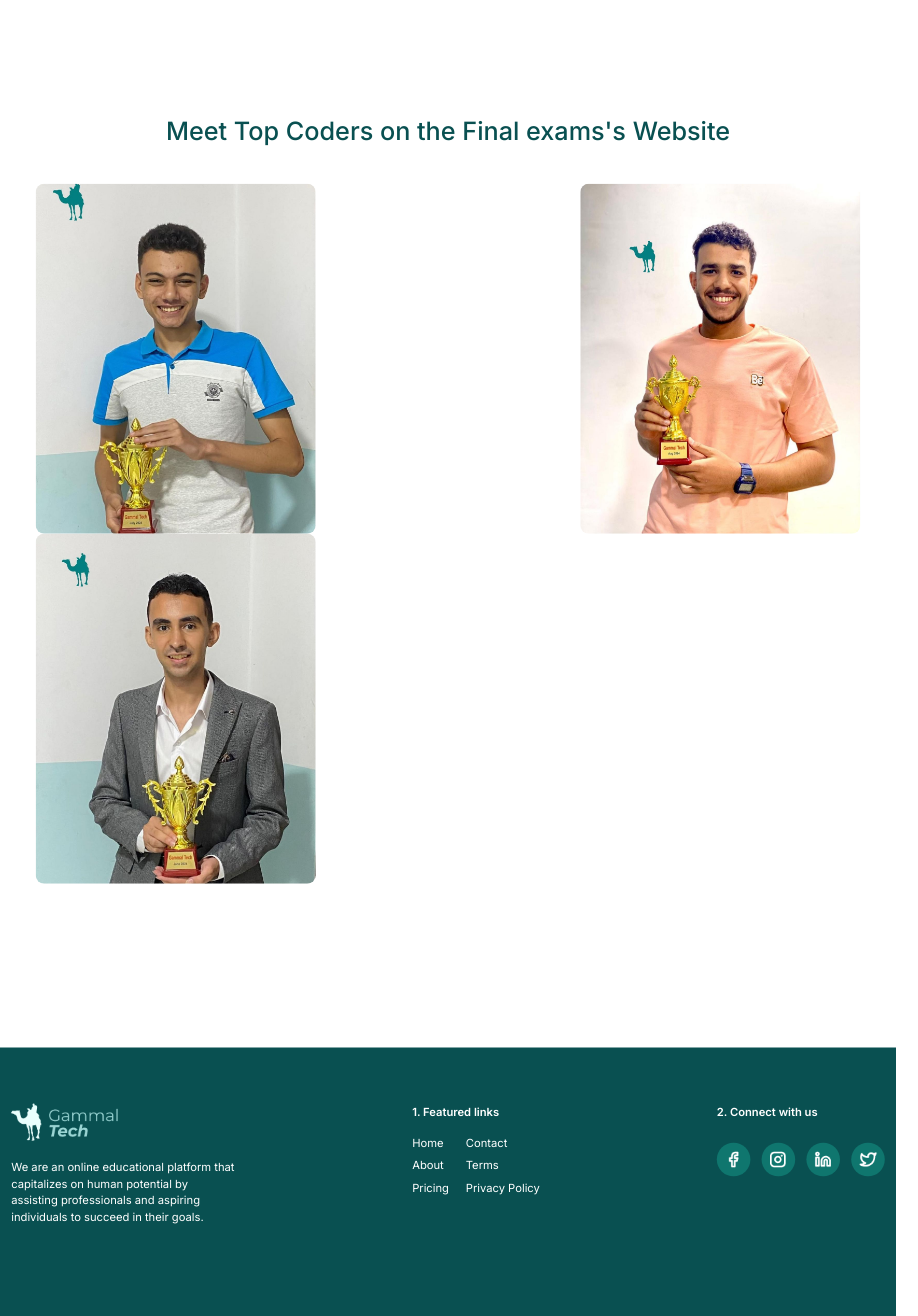
Repository: Ahmed77669/Internship-test
Page: /
These files come from the project's save history. The page is drawn as it stood at one moment and after a run of saves; the edit follows.
The browser window is 1280 px wide. The page is 1311 px wide, so the pictures cover 1311 px, including what lies to the right of the window. The pictures show the part of the page from y = 3619 to 5499 px (the page is 5499 px tall before and 4874 px after), at 70% of full size.
The project was rebuilt for these pictures with package versions that can differ from the ones it lists, and the page was loaded fresh each time. The framework's server and built-in components were replaced by stand-ins that run in the browser. Also part of the build but not shown: next.config.mjs.

Above is the page before, as saved 2024-10-20 20:10:44.

After the next 2 saves:
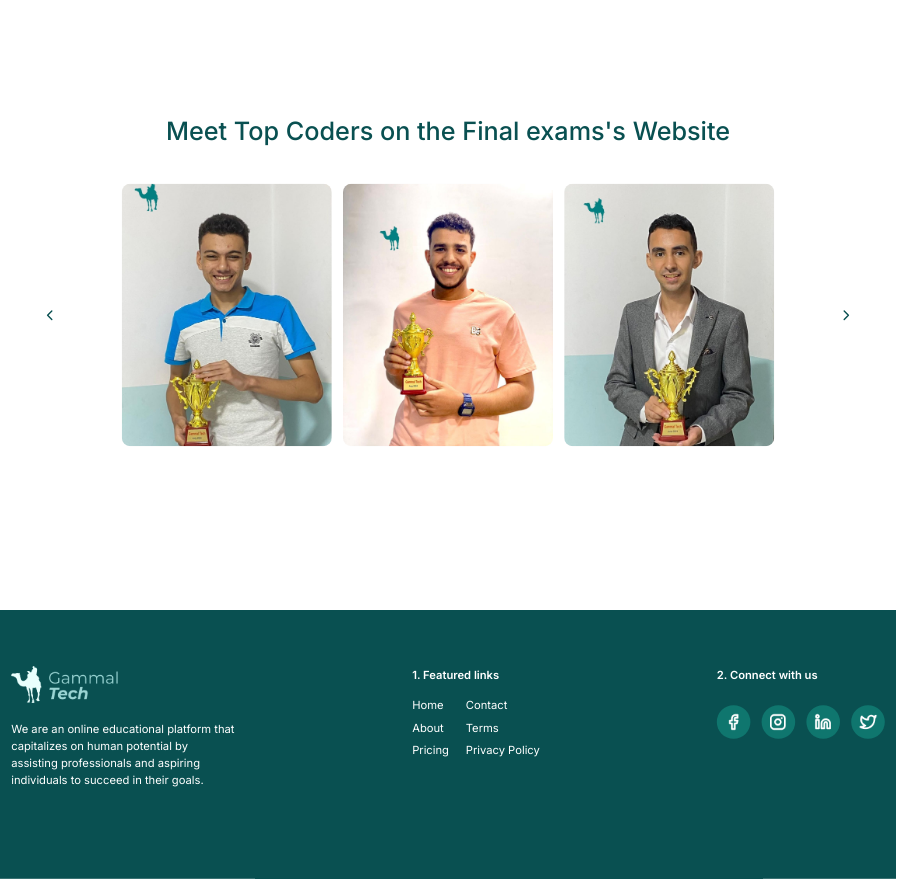
The 2 saves are shown as one change because 1 did not build or start.
The last was saved 8 min 21 s later.
--- a/components/Home/Home_1.tsx
+++ b/components/Home/Home_1.tsx
@@ -1,12 +1,32 @@
-import React from "react";
+import React, { useState } from "react";
 import Image from "next/image";
+import Link from "next/link";
+import { ChevronLeft, ChevronRight } from "lucide-react";
+
 import langImage from "@/public/landingPage-photos/lang.png";
 import AIImage from "@/public/landingPage-photos/AI.png";
-import coder1Image from "@/public/coders photos/coder1.jpg";
-import coder2Image from "@/public/coders photos/coder2.jpg";
-import coder3Image from "@/public/coders photos/coder3.jpg";
+import coder1Image from "@/public/coders-photos/coder1.jpg";
+import coder2Image from "@/public/coders-photos/coder2.jpg";
+import coder3Image from "@/public/coders-photos/coder3.jpg";
+// import coder4Image from "@/public/coders-photos/coder4.jpg";
+// import coder5Image from "@/public/coders-photos/coder5.jpg";
 
 export default function Home() {
+  const [currentIndex, setCurrentIndex] = useState(0);
+  const coderImages = [coder1Image, coder2Image, coder3Image];
+
+  const nextSlide = () => {
+    setCurrentIndex((prevIndex) =>
+      prevIndex + 1 >= coderImages.length ? 0 : prevIndex + 1
+    );
+  };
+
+  const prevSlide = () => {
+    setCurrentIndex((prevIndex) =>
+      prevIndex - 1 < 0 ? coderImages.length - 1 : prevIndex - 1
+    );
+  };
+
   return (
     <section className="mt-[10%]">
       <div className="w-[92%] container mx-auto flex flex-col xl:flex-row justify-between flex-wrap hero-section">
@@ -137,17 +157,35 @@
           <div className="flex justify-center text-3xl md:text-4xl text-[#095051] mb-10 md:mb-14 font-medium">
             Meet Top Coders on the Final exams's Website
           </div>
-          <div className="flex flex-col xl:flex-row justify-between space-y-6 xl:space-y-0 items-center flex-wrap">
-            {[coder1Image, coder2Image, coder3Image].map((coder, index) => (
-              <Image
-                key={index}
-                src={coder}
-                width={400}
-                height={400}
-                alt={`coder photo ${index + 1}`}
-                className="rounded-xl transform transition-transform duration-300 hover:scale-110 cursor-pointer"
-              />
-            ))}
+          <div className="relative">
+            <div className="flex justify-center items-center">
+              {[0, 1, 2].map((offset) => {
+                const index = (currentIndex + offset) % coderImages.length;
+                return (
+                  <div key={index} className="mx-2">
+                    <Image
+                      src={coderImages[index]}
+                      width={300}
+                      height={300}
+                      alt={`coder photo ${index + 1}`}
+                      className="rounded-xl transform transition-transform duration-300 hover:scale-110 cursor-pointer"
+                    />
+                  </div>
+                );
+              })}
+            </div>
+            <button
+              onClick={prevSlide}
+              className="absolute left-0 top-1/2 transform -translate-y-1/2 bg-white bg-opacity-50 rounded-full p-2 hover:bg-opacity-75 transition-all duration-200"
+            >
+              <ChevronLeft className="w-6 h-6 text-[#095051]" />
+            </button>
+            <button
+              onClick={nextSlide}
+              className="absolute right-0 top-1/2 transform -translate-y-1/2 bg-white bg-opacity-50 rounded-full p-2 hover:bg-opacity-75 transition-all duration-200"
+            >
+              <ChevronRight className="w-6 h-6 text-[#095051]" />
+            </button>
           </div>
         </div>
       </div>
